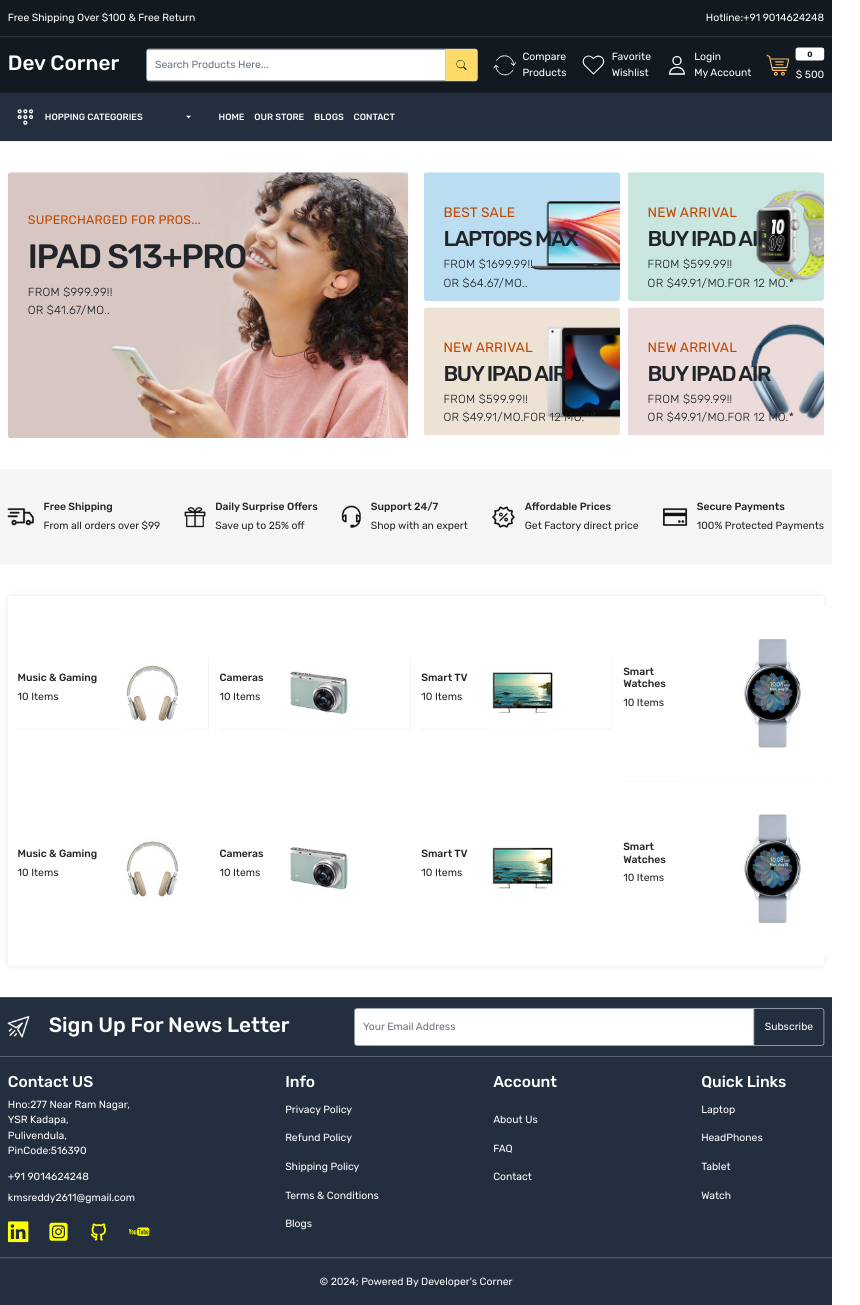
Repository: maniheist/ecommerce-app
Page: /
The author's editor kept a copy of each file at every save. The page is drawn from the files as they stood at one save, then again after the next save.
The browser window is 1280 px wide. The page is 1323 px wide, then 1321 px, so the pictures cover 1323 px, including what lies to the right of the window. The pictures show the whole page, at 65% of full size.
The project was rebuilt for these pictures with package versions that can differ from the ones it lists, and the page was loaded fresh each time. Also part of the build but not shown: src/pages/About.js, src/pages/Contact.js.

Above is the page before, as saved 2024-02-18 21:08:53.

After the next save:
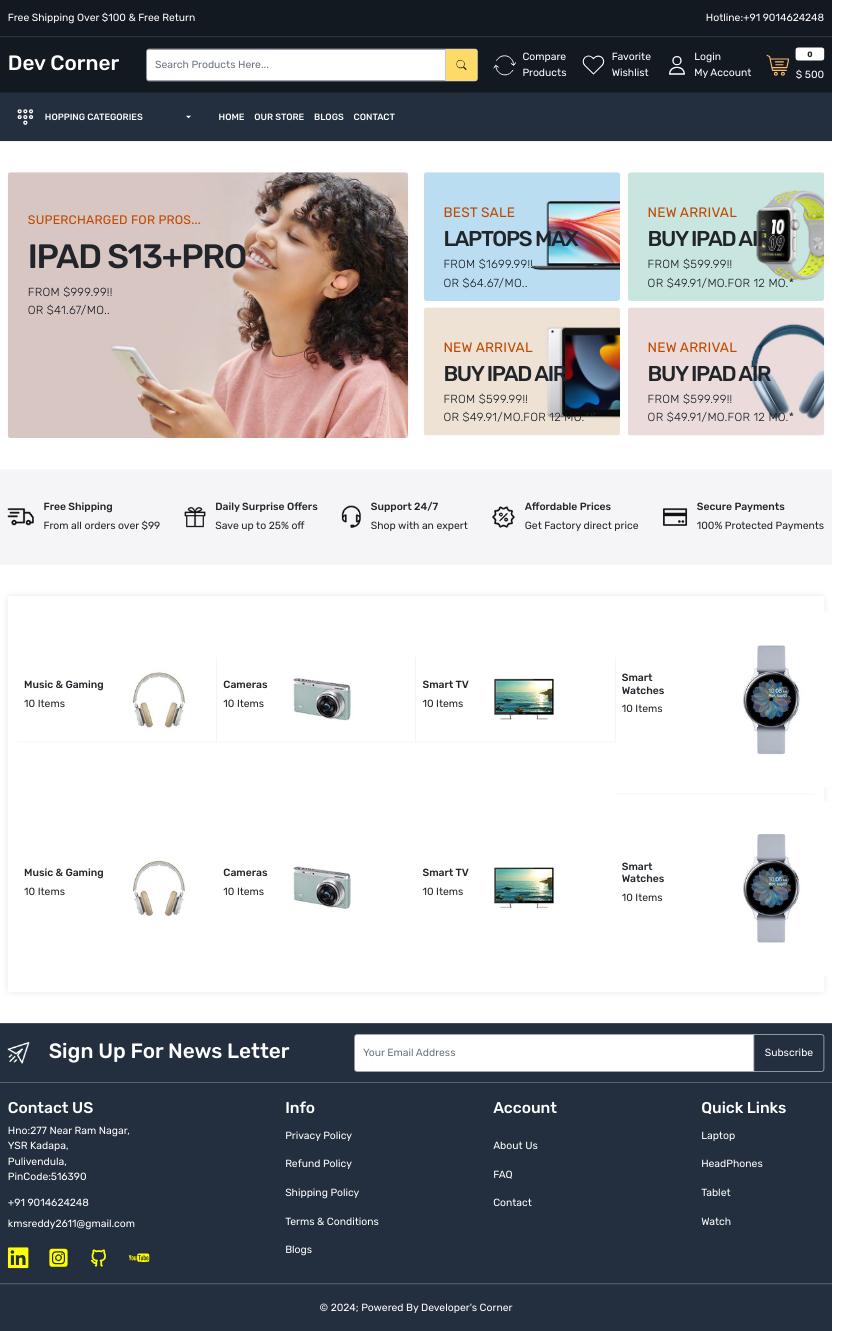
Saved 3 min 5 s later.
--- a/src/App.css
+++ b/src/App.css
@@ -220,7 +220,8 @@
 }
 
 .categories > div{
-  width:24%;
+  width:25%;
+  padding: 10px;
 }
 
 .categories > div:nth-child(1),
